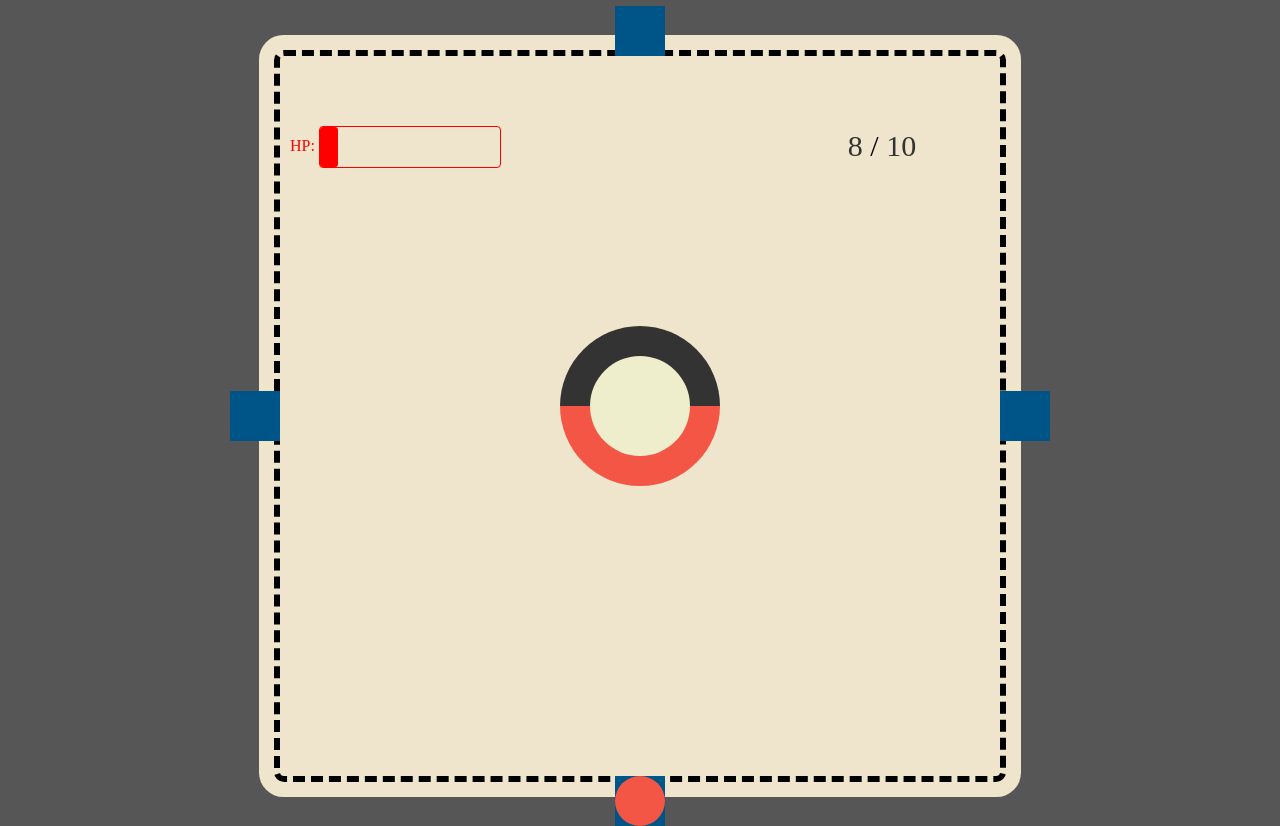
Repository: EEETA/ball-game
Page: theBall2/index.html
The author's editor kept a copy of each file at every save. The page is drawn from the files as they stood at one save, then again after a run of saves.
The browser window is 1280 px wide. The pictures show the whole page.
After loading, the first visible `button.start` was clicked once.

Above is the page before, as saved 2018-08-03 17:16:44.

After the next 2 saves:
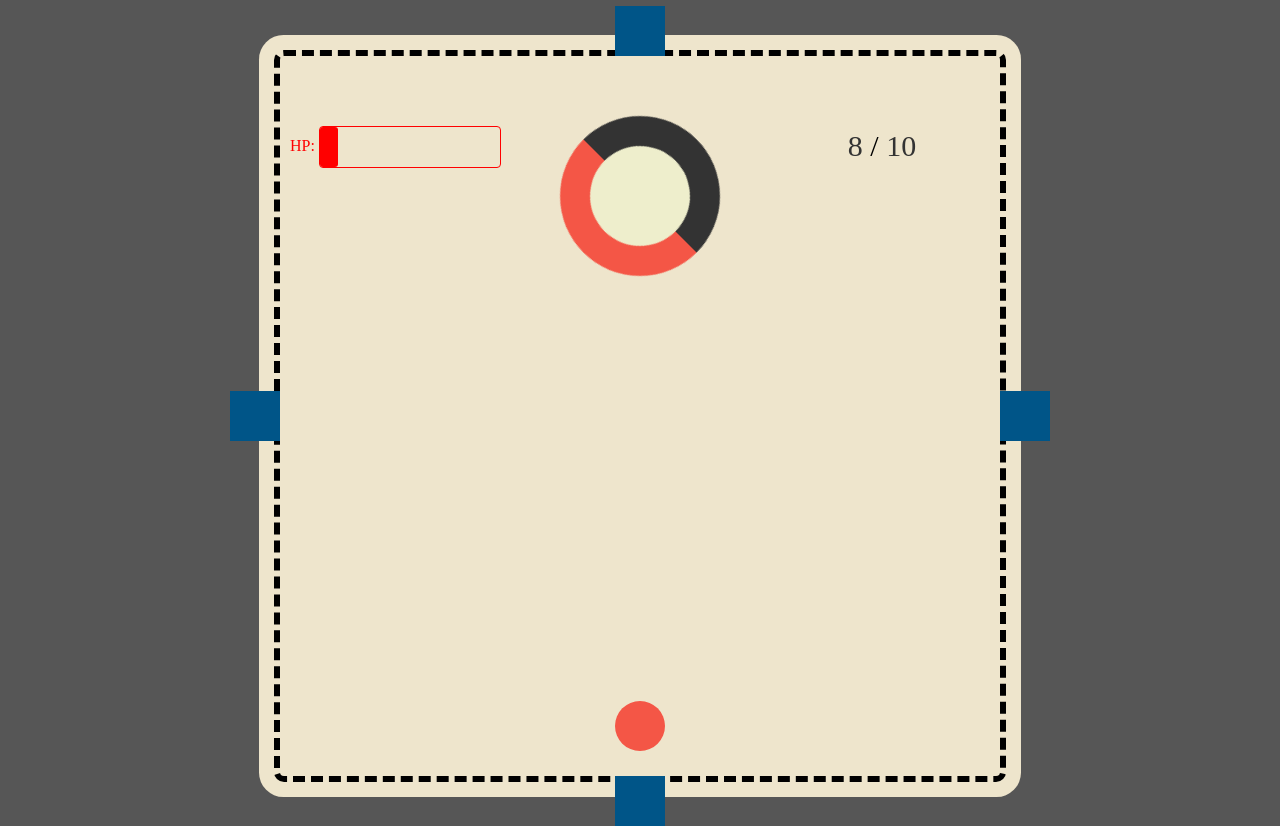
The 2 saves are shown as one change because they came seconds apart.
The last was saved 118 s later.
--- a/theBall2/js/index.js
+++ b/theBall2/js/index.js
@@ -30,7 +30,7 @@ let patternNow;/*当前模式*/
 let launchNum=2;/*默认发球为两个*/
 let degree=-180;/*每次旋转的度数*/
 let visited=false;/*是否进入过娱乐模式*/
-let ballShow=$('.ball');
+let box=$('.ball');
 
 
 const start=document.querySelectorAll('.start');
@@ -51,9 +51,8 @@ function choose(){//进入对应模式
             patternNow=i;/*存储模式*/
             initInfo(patternNow);
             setTimeout(function(){
-                appendball(patternNow);
-            },1200)
-            /*小球位置及角度就绪*/
+        		appendball(patternNow);
+        	},1200)
         }
 	}
 }
@@ -76,12 +75,13 @@ function initInfo(patternNow){
 	if(patternNow==2){
 		speed=2000;
 	    numList=-360;
+	    // num_number=4;
 	    launchNum=4;
-	    degree=0;
-		// delayed=1100;
+	    degree=-90;
+		delayed=1100;
 	}
 	if(patternNow==2&&visited==true){
-		ballShow.rotate({
+		box.rotate({
             animateTo:degree,
             duration:450,
         });
@@ -93,19 +93,23 @@ function initInfo(patternNow){
     box_animation(gameW,gameH,500);
     $('.game_fraction').fadeIn(500);
 
-    $('.ball').animate({top:'210px'},500,function(){
-        $(this).removeClass("ballZhuan");
-        if(patternNow!=2){
-            $(this).rotate({animateTo:-180,duration:600});/*这一步尤为重要，得分是在-180°上去迭代完成的，角度不转会十分生硬*/
-            numList=-180;
-        }
-        else{
-            rotate_transition(".ball",".ball2");
-            // if(!visited){
-            //     $('.game_mask').fadeIn(300);
-            // }
-        }
-    })
+    /*小球位置及角度就绪*/
+    // $('.ball').animate({top:'210px'},500,function(){
+    //     $(this).removeClass("ballZhuan");
+    //     if(patternNow!=2){
+    //         $(this).rotate({animateTo:-180,duration:600});/*这一步尤为重要，得分是在-180°上去迭代完成的，角度不转会十分生硬*/
+    //         numList=-180;
+
+    //     }
+    //     else if(patternNow==2){
+    //         rotate_transition(".ball",".ball2");
+    //         if(visited){
+    //             appendball();
+    //         }else{
+    //             $('.game_mask').fadeIn(300);
+    //         }
+    //     }
+    // })
 }
 
 /*关卡设置*/
@@ -137,22 +141,20 @@ function appendball(patternNow){  //生成小球
     if(hp<=0){
         $('.over').animate({opacity:1},600,function(){
             $('.button_box').css('display','block');
-            $('.button_box').animate({opacity:1},800)
-        });
+            $('.button_box').animate({opacity:1},800)});
         return;
     }
 	if(patternNow==1&&fractionNow==50){
         $('.success').animate({opacity:1},600,function(){
-            $('.button_box').css('display','block')
-            $('.button_box').animate({opacity:1},800)
-        });
+	            $('.button_box').css('display','block')
+	            $('.button_box').animate({opacity:1},800)
+	        });
 	    return;
+   }
+    if(patternNow==2){
+	    box=$('.ball2');
+	    // return;
     }
-
-    // if(patternNow==2){
-	//     ballShow=$('.ball2');
-    //     // return;
-    // }
 
 	// levelUp(patternNow);
     // $('.fraction_right').html(fractionNeed);
@@ -161,8 +163,8 @@ function appendball(patternNow){  //生成小球
     let chooseBox=parseInt(Math.random()*launchNum);/*随机放到各发射器中*/
 
     $('<div class="launchBall" style="background:'+ballFour[chooseColor]+';"></div>').appendTo($('.launcher')[chooseBox]);
-    // var this_ball=$('.launchBall');
-    // setTimeout(function(){ballmove(this_ball,chooseBox,patternNow)},delayed);
+    var this_ball=$('.launchBall');
+    setTimeout(function(){ballmove(this_ball,chooseBox,patternNow)},delayed);
 }
 
 /*小球运动*/
@@ -177,10 +179,10 @@ function ballmove(this_ball,box_num,patternNow){
             progress:function(){
                 var this_height=Math.floor($(this).offset().top)+$(this).height();
                 var this_width=Math.floor($(this).offset().left)+$(this).width();
-                var box_top=ballShow.offset().top;
-                var box_left=ballShow.offset().left;
-                var box_height=ballShow.offset().top+ballShow.height();
-                var box_width=ballShow.offset().left+ballShow.width();
+                var box_top=box.offset().top;
+                var box_left=box.offset().left;
+                var box_height=box.offset().top+box.height();
+                var box_width=box.offset().left+box.width();
 
                 if(launchNum == 2){ //两个方向
                     if(box_num < 2){  //上下
@@ -229,7 +231,7 @@ function ballPlay(){
     if(launchNum==2&&event.keyCode==32){//只有两种颜色
         if(new Date()-time>interval){
             numList+=degree;
-            ballShow.rotate({
+            box.rotate({
                 animateTo:numList,
                 duration:450,
             });
@@ -237,11 +239,11 @@ function ballPlay(){
         }
     }
     else if(launchNum==4){  //四钟颜色
-        // if(event.keyCode==32 && visited==false){   //遮罩按空格
-        //     visited=true;
-        //     $('.game_mask').fadeOut(300);
-	    //   	appendball();
-        // }
+        if(event.keyCode==32 && visited==false){   //遮罩按空格
+            visited=true;
+            $('.game_mask').fadeOut(300);
+	      	appendball();
+        }
         if(event.keyCode==65){   //左
             numList+=degree;
             negative=numList;
@@ -253,7 +255,7 @@ function ballPlay(){
                     negative=-negative
                 }
             }
-            ballShow.rotate({
+            box.rotate({
                     animateTo: numList,
                     duration:340,
             });
@@ -269,7 +271,7 @@ function ballPlay(){
                     negative=-numList-180;
                 }
             };
-            ballShow.rotate({
+            box.rotate({
                     animateTo: numList,
                     duration:340,
             });
@@ -285,9 +287,10 @@ buttonRight.addEventListener('click',backIdx,false)
 function playAgain(){
     $('.over,.success,.button_box').animate({opacity:0},200);
     $('.button_box').css('display','none');
+
     initInfo(patternNow);
     setTimeout(function(){
-        // appendball(patternNow);
+        appendball(patternNow);
     },1200)
 }
 function backIdx(){
@@ -302,7 +305,7 @@ function backIdx(){
 	$('.blackPart').css('background','#333');
 	$('.redPart').css('background','#f45646');
     rotate_transition(".ball2",".ball");
-	ballShow=$('.ball');
+	box=$('.ball');
 
    	$('.game_fraction').fadeOut(300);
     $('.button_box').css('display','none');
